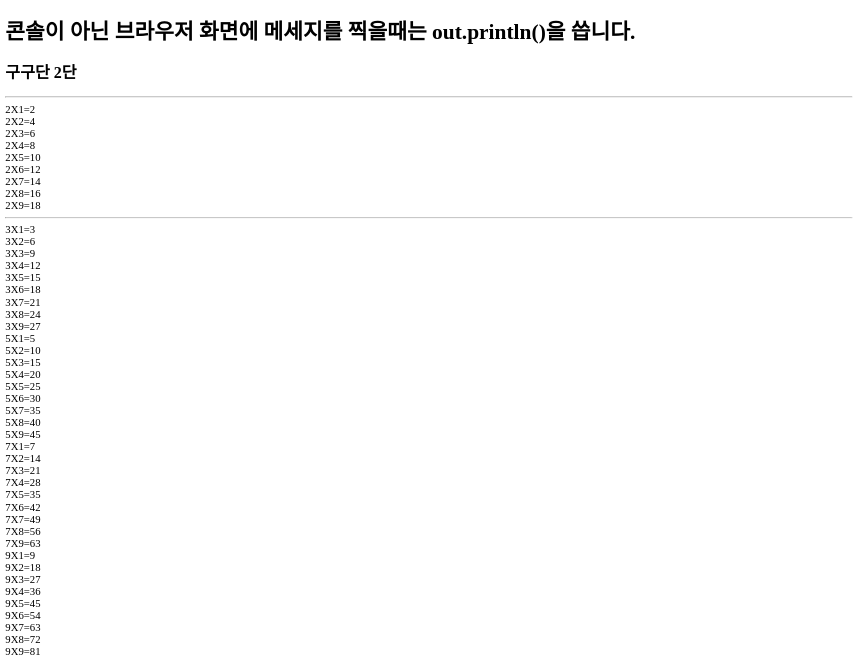
Repository: gowjd4419/jsp
Page: http://localhost/JSPBasic/jsptag/scriptlet.jsp
The author's editor kept a copy of each file at every save. The page is drawn from the files as they stood at one save, then again after the next save.
The browser window is 1280 px wide. The pictures show the whole page, at 67% of full size.
The page is served by Tomcat 9.

Above is the page before, as saved 2022-03-22 12:07:26.

### JSPBasic/src/main/webapp/jsptag/scriptlet.jsp
<%@ page language="java" contentType="text/html; charset=UTF-8"
    pageEncoding="UTF-8"%>
<!DOCTYPE html>
<html>
<head>
<meta charset="UTF-8">
<title>Insert title here</title>
</head>
<body>
    <% System.out.println("<h1>콘솔에 메세지를 찍을때는 System.out.println()을 씁니다.</h1>");
    out.println("<h1>콘솔이 아닌 브라우저 화면에 메세지를 찍을때는 out.println()을 씁니다.</h1>");%>
    <h2>구구단 2단</h2><hr>
    <%
       // 구구단 2단을 브라우저에 출력하기
       for(int i = 1; i <=9; i++){
            out.println(2+"X"+i+"="+i*2+"<br>");
       }
     %>
     <hr>
     <!-- 반복문과 조건문을 이용하여 구구단 홀수단(3,5,7,9)을 화면에 출력해보기 -->
     <%
         for(int i = 2; i <= 9; i++){
        	 for(int j = 1; j <= 9; j++){
        	 if(i % 2==0){
        		 continue;
        	 }
        	 out.println(i+"X"+j+"="+i*j+"<br>");
        	 }
         }
     %>

</body>
</html>

After the next save:
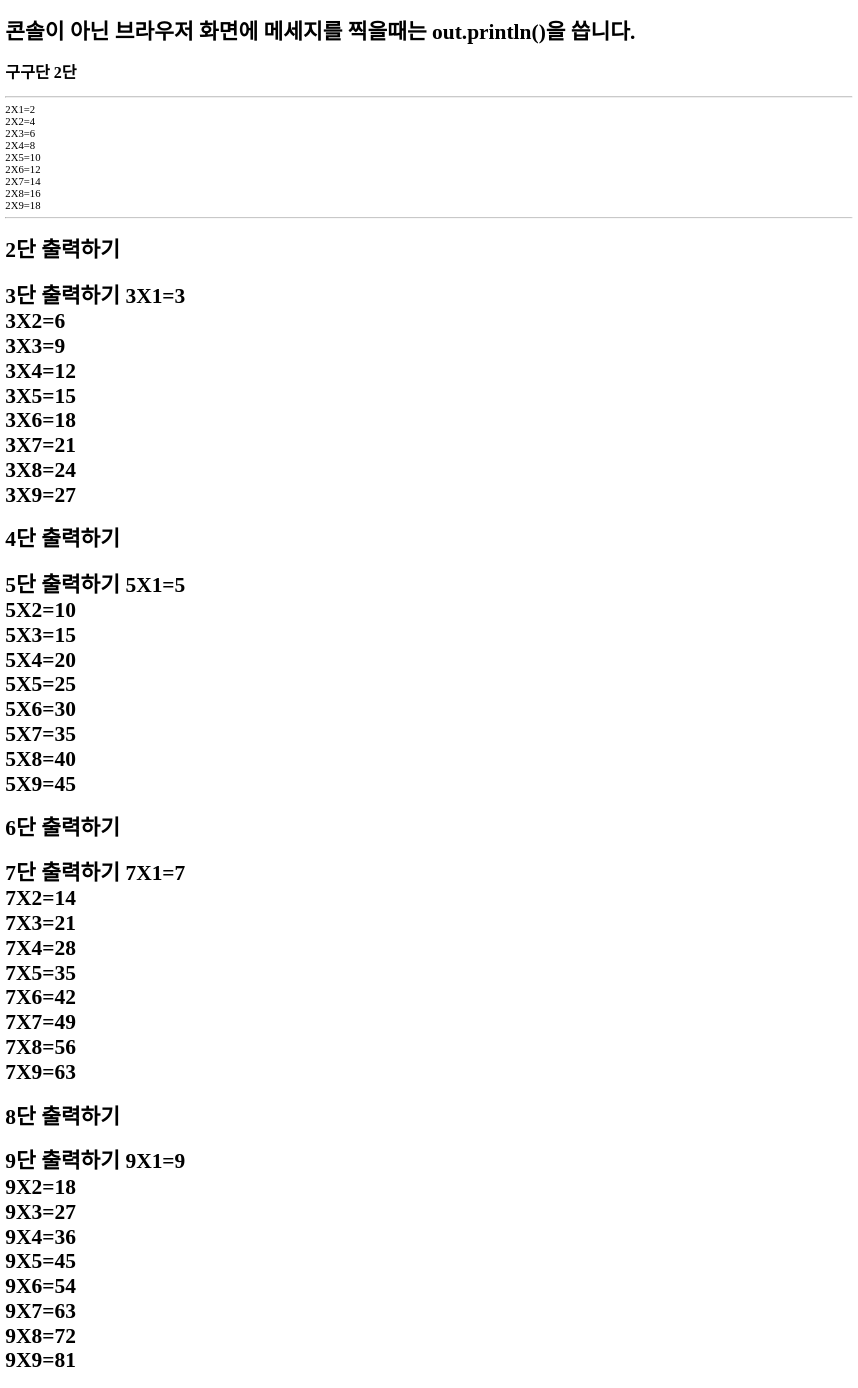
Saved 101 s later.
--- a/JSPBasic/src/main/webapp/jsptag/scriptlet.jsp
+++ b/JSPBasic/src/main/webapp/jsptag/scriptlet.jsp
@@ -20,6 +20,7 @@
      <!-- 반복문과 조건문을 이용하여 구구단 홀수단(3,5,7,9)을 화면에 출력해보기 -->
      <%
          for(int i = 2; i <= 9; i++){
+        	 out.println("<h1>" + i +"단 출력하기");
         	 for(int j = 1; j <= 9; j++){
         	 if(i % 2==0){
         		 continue;
